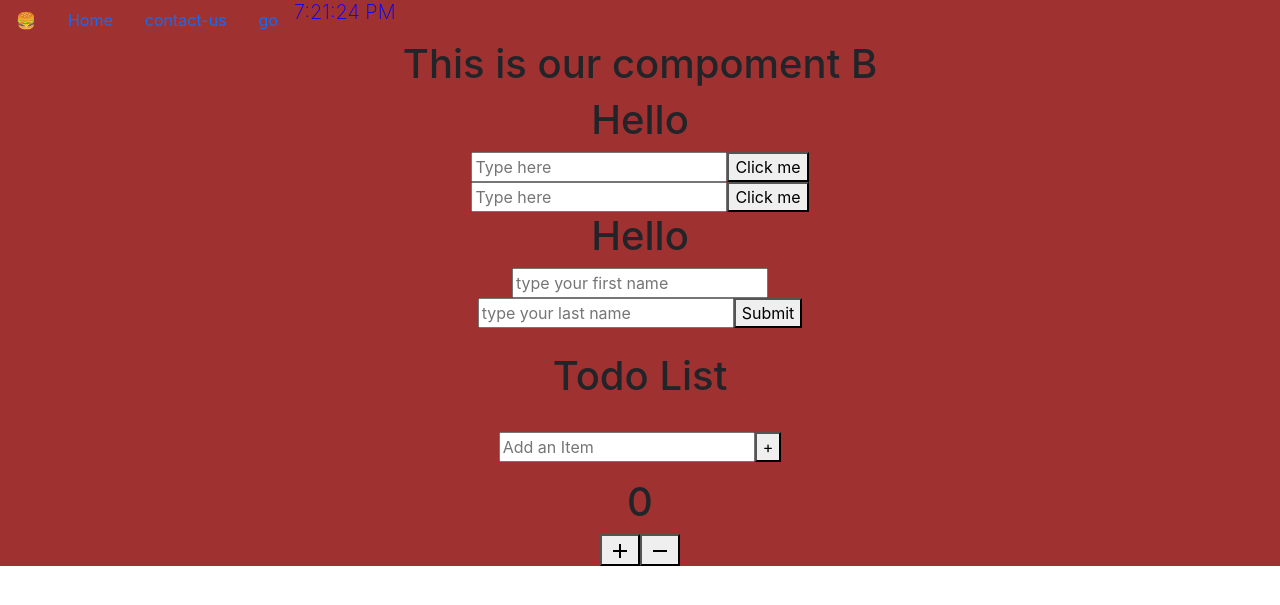
Repository: shah-zx/React-learning
Page: /
These files come from the project's save history. The page is drawn as it stood at one moment and after the next save; the edit follows.
The browser window is 1280 px wide. The pictures show the whole page.
Some web libraries are served in a nearby version. The project was rebuilt for these pictures with package versions that can differ from the ones it lists, and the page was loaded fresh each time. Also part of the build but not shown: src/components/Greet.js, src/components/Welcome.js, src/components/Swagat.js, src/components/Namaste.js, src/components/Hello.js, src/components/ayiye.js, src/components/Message.js, src/components/Thought.js and 49 more. Imported but missing from the stored project, and not drawn on this page: src/components/Indexaskeyantipattern.

Above is the page before, as saved 2021-11-21 22:49:39.

### public/index.html
<!DOCTYPE html>
<html lang="en">
  <head>
    <meta charset="utf-8" />
    <link rel="icon" href="%PUBLIC_URL%/favicon.ico" />
    <meta name="viewport" content="width=device-width, initial-scale=1" />
    <meta name="theme-color" content="#000000" />
    <meta
      name="description"
      content="Textutility is a text based utility whuc can be used to manipulate your text in way you want"
    />
    <link rel="stylesheet" href="https://pro.fontawesome.com/releases/v5.10.0/css/all.css" integrity="sha384-AYmEC3Yw5cVb3ZcuHtOA93w35dYTsvhLPVnYs9eStHfGJvOvKxVfELGroGkvsg+p" crossorigin="anonymous"/>
    <link rel="apple-touch-icon" href="%PUBLIC_URL%/logo192.png" />
    <!--
      manifest.json provides metadata used when your web app is installed on a
      user's mobile device or desktop. See https://developers.google.com/web/fundamentals/web-app-manifest/
    -->
    <link rel="manifest" href="%PUBLIC_URL%/manifest.json" />
    <!--Bootstrap CSS-->
    <link href="https://cdn.jsdelivr.net/npm/bootstrap@5.1.3/dist/css/bootstrap.min.css" rel="stylesheet" integrity="sha384-1BmE4kWBq78iYhFldvKuhfTAU6auU8tT94WrHftjDbrCEXSU1oBoqyl2QvZ6jIW3" crossorigin="anonymous">
    <!--
      Notice the use of %PUBLIC_URL% in the tags above.
      It will be replaced with the URL of the `public` folder during the build.
      Only files inside the `public` folder can be referenced from the HTML.

      Unlike "/favicon.ico" or "favicon.ico", "%PUBLIC_URL%/favicon.ico" will
      work correctly both with client-side routing and a non-root public URL.
      Learn how to configure a non-root public URL by running `npm run build`.
    -->
    <title>Infuzex</title>
  </head>
  <body>
    <noscript>You need to enable JavaScript to run this app.</noscript>
    <div id="root"></div>
    <div id="portal-root"></div>

    <!--
      This HTML file is a template.
      If you open it directly in the browser, you will see an empty page.

      You can add webfonts, meta tags, or analytics to this file.
      The build step will place the bundled scripts into the <body> tag.

      To begin the development, run `npm start` or `yarn start`.
      To create a production bundle, use `npm run build` or `yarn build`.
    -->
    <!--Bootstrap JS-->
  <script src="https://cdn.jsdelivr.net/npm/bootstrap@5.1.3/dist/js/bootstrap.bundle.min.js" integrity="sha384-ka7Sk0Gln4gmtz2MlQnikT1wXgYsOg+OMhuP+IlRH9sENBO0LRn5q+8nbTov4+1p" crossorigin="anonymous"></script>
 </body>
</html>

### src/App.js
import logo from './logo.svg';
import './App.css';
import React, { useState } from 'react';
import Greet from './components/Greet'
import Welcome from './components/Welcome'
import Swagat from './components/Swagat'
import Namaste from './components/Namaste'
import Hello from './components/Hello'
import Ayiye from './components/ayiye';
import Message from './components/Message'
import Thought from './components/Thought'
import Counter from './components/Counter'
import Functionalclick from './components/Functionalclick'
import Eventbind from './components/Eventbind'
import ParentComponent from './components/ParentComponent';
import CoditionalRendering from './components/CoditionalRendering';
import Namelist from './components/Namelist';
import Indexaskeyantipattern from './components/Indexaskeyantipattern'
import Stylesheet from './components/Stylesheet'
import Inline from './components/Inline'
import './appStyles.css'
import styles from './appStyles.module.css'
import Form from './components/Form';
import Fragments from './components/Fragments';
import Tables from './components/Tables';
import Columns from './components/Columns';
import Purecomponents from './components/Purecomponents'
import Parentcomp from './components/Parentcomp';
import MemoComp from './components/MemoComp'
import RefsDemo from './components/RefsDemo';
import Focusinput from './components/Focusinput'
import FRparentinput from './components/FRparentinput';
import Portaldemo from './components/Portaldemo'
import Practice1 from './components/Practice1';
import Practice2 from './components/Practice2';
import Clickcounter from './components/Clickcounter';
import HoverCount from './components/HoverCount'
import Componentone from './components/Componentone'
import ClickcounterTwo from './components/ClickcounterTwo';
import HovercounterTwo from './components/HovercounterTwo'
import Hovering from './components/Hovering';
import User from './components/User'
import Counterforcountandhover from './components/Counterforcountandhover';
import Navbar from './components/Navbar';
import TextForm from './components/TextForm';
import About from './components/About';
import Alert from './components/Alert';
import {
  BrowserRouter as Router,
  Switch,
  Route,
  Link

} from "react-router-dom";
import One from './practice_components/One';
import Alert_pr from './practice_components/Alert_pr';
import Footer from './components/Footer';
import Textarea from './practice_components/Textarea';
import NotesState from '../src/context/notes/NotesState'
import Hooks from './practice_components/Hooks';
import Time from './practice_components/Time';
import Dclock from './practice_components/Dclock';
import Handlingevents from './practice_components/Handlingevents'
import Forms from './practice_components/Forms';
import Login from './practice_components/Login';
import Todo from './practice_components/Todo'
import Count from './components/Count';
import CountA from '../src/contextApi/CountA'
import CountC from '../src/contextApi/CountC'
function App() {
  // const [darkMode , setDarkMode] = useState(false)  // Wether dark mode is enabled or disabled //
  const [alert, setAlert] = useState(null);  // This is used for setting the state //
  const showAlert = (message, type) => {    // This is for showing the alert

    setAlert({
      msg: message,
      type: type
    })
    setTimeout(() => {  // This will help us to fade out the text message after 2 seconds //
      setAlert(null);
    }, 2000);
  }

  return (
    <>
    <NotesState>
      <Router>

        <div className="App">
          {

            <Navbar title= "🍔" Abouttext="Home" cont="contact-us" hello="go" />
       // Passing the props //
      /*      <Greet name = "hamza" heroName = "Batman"/>
      {/* <Greet name = ""  <Greet name = "shahnawaz" superName = "Superman"/>
      <Greet name = "rahul" wonderName = "women"/>

      {/*<Welcome />
      <Swagat />
      <Namaste />
      <Hello />
      <Ayiye naam="shahnawaz" elder="Brother" />
      <Ayiye naam="hamza" younger="Brother" /> */}
          {/* <Greet name="shahnawaz" heroName="Batman" /> */}
          {/* <Greet /> */}
          {/* <Welcome name="Hamza" heroName="Superman" /> */}
          {/* <Message />
      <Thought />
      <Counter /> */}
          {/* <ParentComponent /> */}
          {/* <Functionalclick /> */}
          {/* <Eventbind /> */}
          {/* <CoditionalRendering /> */}
          {/* <Namelist />  */}
          {/* <Indexaskeyantipattern /> */}
          {/* <Stylesheet primary = {true} />
      <Inline />
      <h1 className='error'>Error</h1>
      <h1 className={styles.success}>Success</h1>
      <Form /> */}
          {/* <Purecomponents /> */}
          {/* <Fragments /> */}
          {/* <Tables /> */}
          {/* <Parentcomp /> */}
          {/* <MemoComp /> */}
          {/* <Practice1 naam="romeo" herokanaam="billu" /> */}
          {/* <Hello />
      <RefsDemo />
      <Focusinput />
      <FRparentinput />
      <Portaldemo /> */}
          {/* <Practice2 /> */}
          {/* <Clickcounter /> */}
          {/* <HoverCount /> */}
          {/* <Componentone /> */}
          {/* <ClickcounterTwo /> */}
          {/* <HovercounterTwo /> */}
          {/* <Hovering /> */}
          {/* <User render={(isLoggedIn) => isLoggedIn ? 'Rendered' : 'Guest'} />   */}
          {/* <Counterforcountandhover render = {(count , incrementCount) => <ClickcounterTwo count = {count} incrementCount = {incrementCount}/> }/> */}
          {/* <Counterforcountandhover render = {(count , incrementCount) => <Hovering count = {count} incrementCount = {incrementCount}/> }/> */}
          {/* <Hooks/>
          <Time /> */}
          {/* <CountA/> */}
          <CountA/>
          <Forms/>
          {/* <Handlingevents /> */}
          <Login />
          <Todo />
          <Count />
          <Alert alert={alert} />
          {/* <div className="alert">
            <Alert_pr showAlert={showAlert} />
          </div>
          <div classname="greet">
            <Greet />
          </div>
          <div className="container my-3" >
            <Switch>
              <Route path="/about">
                <About />
                {/* <Ayiye/> */}
              {/* </Route>
              <Route path="/">
                <TextForm showAlert={showAlert} heading="Enter the text to see :" />
                <div className="txt">
                  <Textarea st="checkbox"/>
                </div>
                <div className="red_card">
                  <One />
                  <div className="container">
                    <Footer heading = "Footer" link1 = "Facebook" ls = "Twitter" oneLink = "Instagram" secLink = "LinkedIn"/>
                  </div>
                </div>
              </Route>
            </Switch>
            {/* <About /> */}
          </div>
          {/* <About /> */}
        {/* </div> */}
      </Router>
    </NotesState>
    </>
  );
}

export default App;  // This is the place where we have exported our App //

// Functional components : takes properties ( a js function takes the props and returns the jsx code --> HTML code )
// As soon as we import the Greet Component we have to import it to our main App.js and use it as an html tag
// Class components : They can also recieve input as props and retun html code
// It can maintain some data private to that component
// The user component will make sure the user is logged in or not

### src/App.css
.App {
  text-align: center;
  background-color: rgb(160, 49, 49);
}

.App-logo {
  height: 40vmin;
  pointer-events: none;
}

@media (prefers-reduced-motion: no-preference) {
  .App-logo {
    animation: App-logo-spin infinite 20s linear;
  }
}

.App-header {
  background-color: #282c34;
  min-height: 100vh;
  display: flex;
  flex-direction: column;
  align-items: center;
  justify-content: center;
  font-size: calc(10px + 2vmin);
  color: white;
}

.App-link {
  color: #61dafb;
}

@keyframes App-logo-spin {
  from {
    transform: rotate(0deg);
  }
  to {
    transform: rotate(360deg);
  }
}

/*
.red_card {
  display: flex;
  flex-wrap: wrap;
} */

.container {
  margin-top: 2em;
}
.time{
  font-weight: 200;
}

### src/components/Navbar.js
// Here we are making a navbar component //

import React from 'react'
import PropTypes from 'prop-types' // Importing the proptypes from props //
import {Link} from 'react-router-dom' // Importing the Link  , thing to remember : exporting not as DEFAULT //
import Dclock from '../practice_components/Dclock'
export default function Navbar(props) {

    return (
      <>
        <ul className="nav">
        <li className="nav-item">
          <Link className="nav-link active" aria-current="page" to="/">{props.title}</Link>
        </li>
        <li className="nav-item">
          <Link className="nav-link" to="about">{props.Abouttext}</Link>
        </li>
        <li className="nav-item">
          <Link className="nav-link" to="/">{props.cont}</Link>
        </li>
        <li className="nav-item">
          <a className="nav-link">{props.hello}</a>
        </li>
        <li>
      <Dclock/>
        </li>
      </ul>
      </>
    )
}
Navbar.propTypes = {      // These are our navbar properties //
                      title : PropTypes.string.isRequired ,
                      Abouttext : PropTypes.string
                   }

Navbar.defaultProps = {title : 'set title here' ,
                        Abouttext : 'set abouttext here'
                    }

### src/context/notes/NotesState.js
import react, { useState } from 'react';
import noteContext from './noteContext'

const NotesState = (props) => {
    const s1 = {
        "name": "Shahnawaz",
        "class": "5a"
    }
    const [state, setState] = useState(s1)
    const update = () => {
        setTimeout(() => {
            setState({
                "name": "hamza",
                "class": "12a"
            })
        }, 3000);
    }
    return (
        <noteContext.Provider value={{ state, update }}>
            {props.children}
        </noteContext.Provider>


    )
}

export default NotesState;

### src/practice_components/Dclock.jsx
import React , {useState} from 'react'

function Dclock() {

   let time = new Date().toLocaleTimeString();

   const[ctime , setTime] = useState(time)

   const updateTime = () => {
      let newtime = new Date().toLocaleTimeString();
      setTime(newtime)
   }

   setInterval(updateTime,1000) // This function will take a call back function and the interval after which the event will take place

    return (
        <>
            <h3 className = "time" style={{color : "blue" , fontSize : "20px"}}>{ctime}</h3>
        </>
    )
}

export default Dclock

### src/practice_components/Forms.jsx
import React, { useState } from 'react'



function Forms() {

    const [fullName, setfullName] = useState({
        fname : "" ,
        lname : "" ,
    });

    const inputEvent = (event) => {  // We are passing the text we will be weiting in the input in an object called event
        // setName(event.target.value)
    };

    const onSubmits = (event) => {
        event.preventDefault();
        alert('Form submitted successfully')
    }


    const handleChange = () => {
        // setFullName(name);
    }
    return (
        <>
        <div className="main_div">
        <form onSubmit = {onSubmits}>
            <h1>Hello {fullName.fname} {fullName.lname}</h1>
            <input type="text"
                placeholder="Type here"
                value={fullName.fname}
                onChange={inputEvent}
                name = "fname">
                </input>
            <button onClick={handleChange}
                type="submit">Click me </button>
            <br />
            <input type="text"
                placeholder="Type here"
                value={fullName.lname}
                onChange={inputEvent}
                name = "lname"
                >
                </input>
            <button onClick={handleChange}
                type="submit">Click me </button>
                </form>
                </div>
        </>
    )
}

export default Forms

// Note : as we do for button , which is onClick , we do for input field also : that is onChange
//    console.log(event.target.value)  // accessing our text

### src/practice_components/Login.jsx
import React, { useState } from 'react'

function Login() {

  const [name, setName] = useState("")

  const [lastName, setLastName] = useState("");

  const [fullName, setfullName] = useState("")

  const [lastNamenew , setlastNamenew] = useState("")

  const onSubmits = (event) => {
    event.preventDefault();  // This will help in preventing the default behaviour of the form
    setfullName(name)
    setlastNamenew(lastName)
  }

  const handleThat = (event) => {
    setName(event.target.value);
  }

  const handleThattwo = (event) => {
    setLastName(event.target.value)
  }

  return (
    <>
      <div className="main_div">
        <form onSubmit={onSubmits}>
          <h1>Hello {fullName} {lastNamenew}</h1>
          <input
            onChange={handleThat}
            type="text"
            placeholder="type your first name"
            value={name}>
          </input>
          <br/>
          <input
          type = "text"
          onChange = {handleThattwo}
          placeholder = "type your last name"
          value = {lastName}>
          </input>
          <button type="submit">Submit</button>
        </form>
      </div>
    </>
  )
}

export default Login

### src/practice_components/Todo.js
import React ,{useState} from 'react'
import Todolist from './Todolist'

function App() {


    const [liText , setliText] = useState("")
    const [lists , setList] = useState([])

    const deleteItems = (id) => {
        console.log("deleted")
        setList((lists) => {
            return lists.filter((arrElem , index) => {
             return index !== id
            })
        })
    }

    const handleChange = (event) => {

        // console.log(event.target.value)
        setliText(event.target.value)
    }
    const handleClick = (event) => {
        setList([...lists , liText])   // Here we are providing the array with the strings (i.e , lists is the arrayand litext is the item)
        setliText(event.target.value)
    }

    return (
        <div className="main_div">
        <div className="center_div">
            <br />
            <h1>Todo List</h1>
            <br />
            <input type="text" className="" placeholder = "Add an Item" onChange={handleChange}/>
            <button onClick = {handleClick}> + </button>
            <ol>
            {lists.map((li , index) => {
               return <Todolist
               key = {index}
               id = {index}
               text = {li}
               onSelect = {deleteItems}
               />
            })}
            </ol>
        </div>

        </div>
    )
}

export default App

### src/components/Count.js
import React, { useState } from 'react'
import AddIcon from '@mui/icons-material/Add';
import RemoveIcon from '@mui/icons-material/Remove';
function Count() {


    // let count = 0;

    const [count, setCount] = useState(0)

    const handleClick = () => {
        console.log("Increased")
        setCount(count + 1)
    }

    const handleClick2 = () => {
        console.log("decreased")
        setCount(count - 1)
    }



    return (
        <div>
            <h1>{count}</h1>
            <button onClick={handleClick}>
            <AddIcon />
            </button>
            <button onClick={handleClick2}>
            <RemoveIcon />
            </button>
        </div>
    )
}

export default Count

### src/contextApi/CountA.jsx
import React  , { createContext } from 'react'
import CountB from './CountB'
const FirstName = React.createContext();


function countA() {
    return (
        <FirstName.Provider value={"Shahnawaz"}>
         <CountB />
      </FirstName.Provider>
    )
}

export default countA
export {FirstName}

### src/context/notes/noteContext.js
import { createContext } from "react";
const noteContext = createContext();   // Here we craeted a new context which will hold our states


export default noteContext;


// Here we have formed the context API

### src/contextApi/CountB.jsx
import React   from 'react'


function countB() {
    return (
        <div>
            <h1>This is our compoment B</h1>
        </div>
    )
}

export default countB

### src/practice_components/Search.jsx
import React from 'react'

function Search() {
    return (
        <div>
            <input type="text" placeholder = "search here" />
        </div>
    )
}

export default Search

Loaded but not shown: src/index.js (common file); src/index.css (common file); src/reportWebVitals.js (common file)

After the next save:
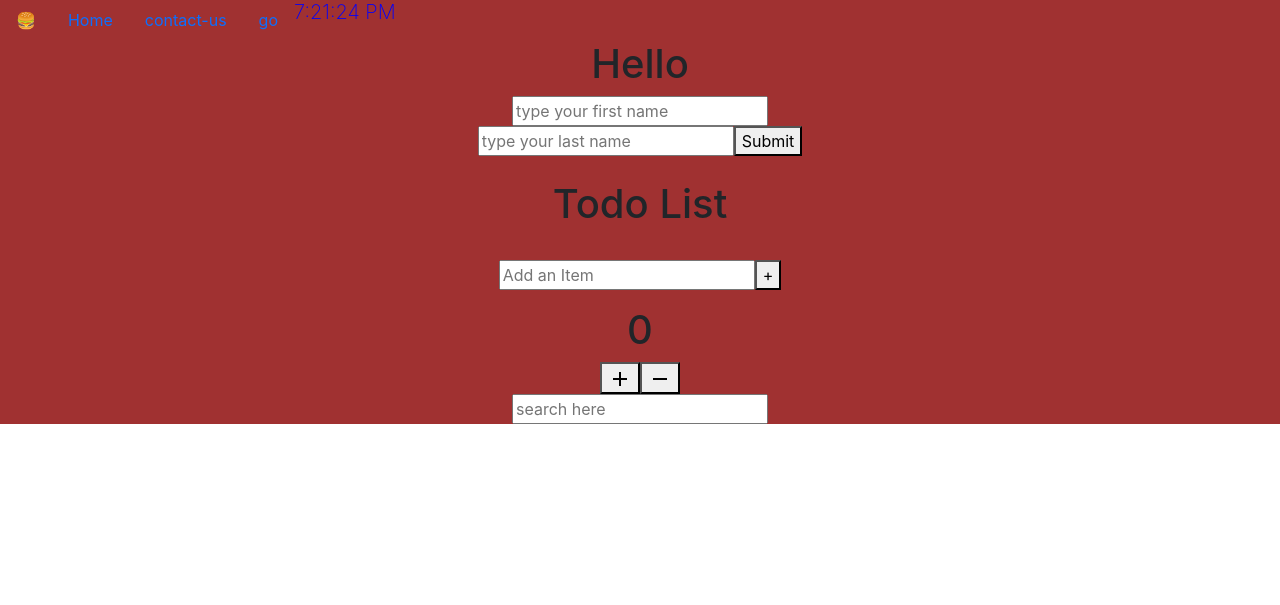
Saved 47 s later.
--- a/src/App.js
+++ b/src/App.js
@@ -67,6 +67,7 @@ import Todo from './practice_components/Todo'
 import Count from './components/Count';
 import CountA from '../src/contextApi/CountA'
 import CountC from '../src/contextApi/CountC'
+import Search from './practice_components/Search';
 function App() {
   // const [darkMode , setDarkMode] = useState(false)  // Wether dark mode is enabled or disabled //
   const [alert, setAlert] = useState(null);  // This is used for setting the state //
@@ -142,13 +143,14 @@ function App() {
           {/* <Hooks/>
           <Time /> */}
           {/* <CountA/> */}
-          <CountA/>
-          <Forms/>
+          {/* <CountA/> */}
+          {/* <Forms/>? */}
           {/* <Handlingevents /> */}
           <Login />
           <Todo />
           <Count />
           <Alert alert={alert} />
+          <Search/>
           {/* <div className="alert">
             <Alert_pr showAlert={showAlert} />
           </div>
@@ -178,6 +180,7 @@ function App() {
           </div>
           {/* <About /> */}
         {/* </div> */}
+
       </Router>
     </NotesState>
     </>
